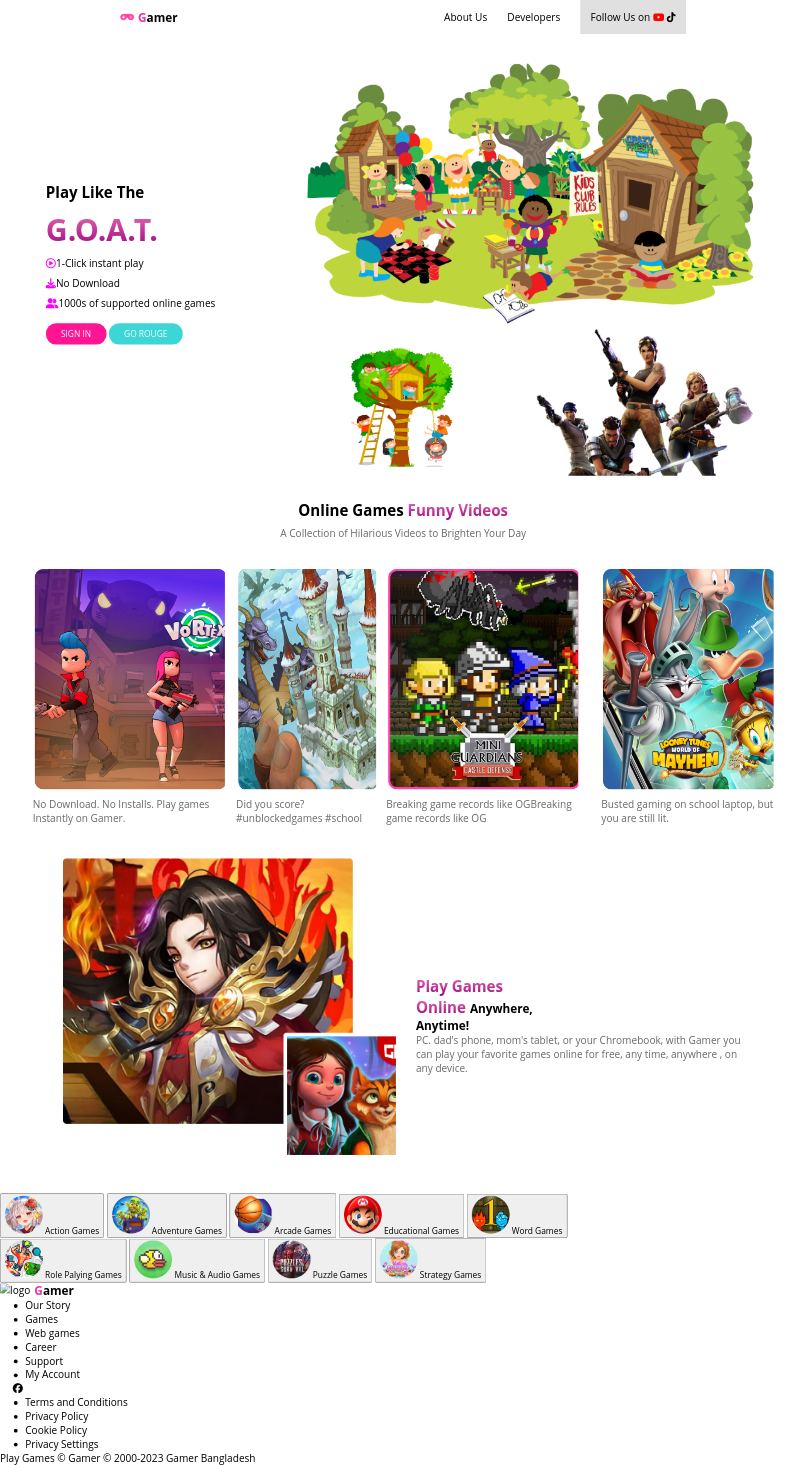
Repository: sadiaafsana138/Gamer-Zone
Page: index.html
The author's editor kept a copy of each file at every save. The page is drawn from the files as they stood at one save, then again after the next save.
The browser window is 1280 px wide. The pictures show the whole page, at 63% of full size.
Some web libraries are served in a nearby version.

Above is the page before, as saved 2023-09-06 19:52:16.

### index.html
<!DOCTYPE html>
<html lang="en">

<head>
    <meta charset="UTF-8">
    <meta name="viewport" content="width=device-width, initial-scale=1.0">
    <title>GAMER ZONE</title>
    <link rel="stylesheet" href="styles.css">
    <script src="https://kit.fontawesome.com/3977f5ac21.js" crossorigin="anonymous"></script>
</head>

<body>
    <header>
        <section Class="Section-1">
            <nav class="nav">
                <div class="menupart1">
                    <img src="images/1.png" alt="logo" height="10px" weight="10px">
                    <h3><span class="pink-Color">G</span>amer</h3>
                </div>
                <div class="menupart2">
                    <ul class="menupart2">
                        <li>About Us</li>
                        <li>Developers</li>
                        <div id="ash">
                            <li>Follow Us on
                                <i class="fa-brands fa-youtube" style="color: #ff0000;"></i>
                                <i class="fa-brands fa-tiktok"></i>
                            </li>
                        </div>
                    </ul>
                </div>
            </nav>
        </section>
    </header>
    <main>
        <section Class="Section-2">
            <Div>
                <h2>
                    Play Like The
                </h2>
                <h1 class="grad">
                    G.O.A.T.
                </h1>
                <Div class="Sec2list">
                    <i class="fa-regular fa-circle-play" style="color: #ff00ff;"></i>
                    <p>
                        1-Click instant play
                    </p>
                </Div>
                <Div class="Sec2list">
                    <i class="fa-sharp fa-solid fa-download" style="color: #ff00ff;"></i>
                    <p>
                        No Download
                    </p>
                </Div>
                <Div class="Sec2list">
                    <i class="fa-solid fa-user-group" style="color: #ff00ff;"></i>
                    <p>
                        1000s of supported online games
                    </p>
                </Div>
                <button class="btn-primary" id="btn-primary1">
                    SIGN IN
                </button>
                <button class="btn-primary" id="btn-primary2">
                    GO ROUGE
                </button>
            </Div>
            <Div id="sec2image">
                <img src="images/2.png" alt="">
            </Div>
        </section>
        <section Class="Section-3">
            <div>
                <h2 class="sec3head">
                    Online Games
                    <span class="grad" id="sec3head">
                        Funny Videos
                    </span>
                </h2>
                <p class="ashtext sec3head">
                    A Collection of Hilarious Videos to Brighten Your Day
                </p>
            </div>
            <div class="sec3image">
                <div>
                    <div class="sec3imagediv">
                        <img class="image" src="images/4.png" alt="">
                        <div class="overlay">
                            <div class="play-button">&#9654;</div>
                            <div class="watch-now-text">Watch Now</div>
                        </div>
                    </div>
                    <p class="ashtext">No Download. No Installs. Play games Instantly on Gamer.</p>
                </div>

                <div>
                    <div class="sec3imagediv">
                        <img class="image" src="images/5.png" alt="">
                        <div class="overlay">
                            <div class="play-button">&#9654;</div>
                            <div class="watch-now-text">Watch Now</div>
                        </div>
                    </div>
                    <p class="ashtext">Did you score? #unblockedgames #school</p>
                </div>
                <div>
                    <div class="sec3imagediv">
                        <img class="image" src="images/6.png" alt="">
                        <div class="overlay">
                            <div class="play-button">&#9654;</div>
                            <div class="watch-now-text">Watch Now</div>
                        </div>

                    </div>
                    <p class="ashtext">Breaking game records like OGBreaking game records like OG</p>
                </div>
                <div>
                    <div class="sec3imagediv">
                        <img class="image" src="images/7.png" alt="">
                        <div class="overlay">
                            <div class="play-button">&#9654;</div>
                            <div class="watch-now-text">Watch Now</div>
                        </div>
                    </div>
                    <p class="ashtext">Busted gaming on school laptop, but you are still lit.</p>
                </div>
            </div>
        </section>
        <section Class="Section-4">
            <Div class="sec4imageddiv">

                <img src="images/8.png" alt="" id="section4image1">
                <img src="images/9.png" alt="" id="section4image2">

            </Div>
            <Div class="sec4Text">
                <h3>
                    <span class="grad" id="sec4head">Play Games
                        <br>
                        Online
                    </span>
                    Anywhere,
                    <br>
                    Anytime!
                </h3>
                <p class="ashtext">
                    PC. dad's phone, mom's tablet, or your Chromebook, with Gamer you can play your favorite games
                    online for free, any time, anywhere , on any device.
                </p>
            </Div>
        </section>
        <section Class="Section-5">
            <div class="sec5-1">
                <button>
                    <img src="images/10.png" alt="">
                    Action Games
                </button>
                <button>
                    <img src="images/11.png" alt="">
                    Adventure Games
                </button>
                <button>
                    <img src="images/12.png" alt="">
                    Arcade Games
                </button>
                <button>
                    <img src="images/13.png" alt="">
                    Educational Games
                </button>
                <button>
                    <img src="images/14.png" alt="">
                    Word Games
                </button>
            </div>
            <div class="sec5-2">
                <button>
                    <img src="images/15.png" alt="">
                    Role Palying Games
                </button>
                <button>
                    <img src="images/16.png" alt="">
                    Music & Audio Games
                </button>
                <button>
                    <img src="images/17.png" alt="">
                    Puzzle Games
                </button>
                <button>
                    <img src="images/18.png" alt="">
                    Strategy Games
                </button>
            </div>
        </section>
    </main>
    <footer>
        <section Class="Section-6">
            <div class="menupart1">
                <img src="" alt="logo">
                <h3><span class="pink-Color">G</span>amer</h3>
            </div>
            <Div>

                <ul>
                    <li>Our Story</li>
                    <li>Games</li>
                    <li>Web games</li>
                    <li>Career</li>
                    <li>Support</li>
                    <li>My Account</li>
                </ul>
            </Div>
            <Div>
                <i class="fa-brands fa-twitter" style="color: #ffffff;"></i>
                <i class="fa-brands fa-facebook"></i>
                <i class="fa-brands fa-youtube" style="color: #ffffff;"></i>
                <i class="fa-brands fa-linkedin-in" style="color: #ffffff;"></i>
                <i class="fa-brands fa-instagram" style="color: #ffffff;"></i>
                <i class="fa-brands fa-apple" style="color: #ffffff;"></i>
            </Div>
            <Div>

                <ul>
                    <li>Terms and Conditions</li>
                    <li>Privacy Policy</li>
                    <li>Cookie Policy</li>
                    <li>Privacy Settings</li>

                </ul>
            </Div>
            <p>Play Games &copy; Gamer &copy; 2000-2023 Gamer Bangladesh</p>

        </section>
    </footer>
</body>

</html>

### styles.css
*{
    font-family: 'Open Sans', sans-serif;
    margin: 0px;
}

.pink-Color{
    color: rgb(235, 55, 166);
}
.ashtext{
    color: dimgray;
}
.grad{
    margin-top:10px;
    font-size: 3rem;
    background: -webkit-linear-gradient(#f071b7, #96027d);
    -webkit-background-clip: text;
    -webkit-text-fill-color: transparent;
}
#ash{
    background-color: rgb(224, 224, 224);
    padding: 1rem;
}
/* Navbar*/
.menupart1,.menupart2,.nav,.Sec2list,.Section-2,.Section-4{
    display: flex;
    place-items: center ;
}
.menupart1,.menupart2{
    place-items: center ;
    margin: auto;
}
.menupart1{
    gap: .4rem;
}
.menupart2{
    list-style-type: none;
    gap: 2rem;
}
/*section - 2*/
.Section-2{
    margin: 20px auto;
    justify-content: space-around;
}
.Sec2list{
    margin-top: 10px;
}
.btn-primary{
    padding: .5rem 1.5rem;
    border-radius: 1rem;
    border: none;
    margin-top: 20px;
    color: #ffffff;
}
#btn-primary1{
    background-color: deeppink;
}
#btn-primary2{
    background-color: rgb(60, 214, 214);
}
/*section - 3*/
.Section-3{
    margin: 2rem;
}
.sec3head{
    text-align: center;
    margin-top: 10px;
}
#sec3head,#sec4head{
    font-size: 1.5rem;
}
.sec3image{
    display: flex;
    justify-content: space-evenly;
    padding: 20px ;
    column-gap: 1rem;

}
.sec3imagediv{
            position: relative;
            display: inline-block;
            overflow: hidden;
}
.sec3imagediv img{

    margin-top: 20px;
    padding-top:2px;
    width: 100%;
    height: 350px
}
.image{
    border: 3px solid transparent;
    transition: transform 0.2s ease-in-out, filter 0.2s ease-in-out;
    border-radius: .5rem;
}
.sec3imagediv:hover .image{
    filter: brightness(50%);
    border: 3px solid rgb(224, 107, 127);
}
.overlay {
    position: absolute;
    top: 45%;
    left: 50%;
    transform: translate(-50%, -50%);
    text-align: center;
    opacity: 0;
    transition: opacity 0.2s ease-in-out;
}
.sec3imagediv:hover .overlay {
    opacity: 1;
}
.play-button {
    font-size: 22px;
    background-color: rgb(255, 255, 255);
    color: rgb(0, 0, 0);
    border-radius: 50%;
    padding: 20px;
    cursor: pointer;
    height: 28px;
    width: 28px;
    margin-left: 20px;
}
.watch-now-text {
    color: white;
    font-weight: bold;
    text-transform: uppercase;
    margin-top: 10px;
}

/*section 4*/
.Section-4{
    justify-content: space-around;
}
.sec4Text{
    padding-left:200px;
    padding-right: 100px;
}
.sec4imageddiv{
    position: relative;
    top: 0;
    left: 0;
}
#section4image1{
    padding-left: 100px;
    height: auto;
    width: 100%;
    position: relative;
    top: 0;
    left: 0;
}
#section4image2{
    position: relative;
    top: -150px;
    left: 450px;
    height: 200px;
    width:40%;
    margin-bottom: -100px;
}
/* Responsive */
/*Tab*/
@media screen and (min-width: 768px) and (max-width: 992px) {
    .nav,.menupart2{
        flex-direction: column;
    }
    .Section-2,.Section-4{
        flex-direction: column-reverse;
    }
    #sec2image img{
        max-width: 100%;
        height: auto;
    }
    .sec3imagediv img{
        margin-top: 20px;
        padding-top:2px;
        gap: 1rem;
    }
    .sec4Text,#section4image1{
        padding: 1rem;
    }
    .sec4Text{
        text-align: center;
    }
    .sec4imageddiv,#section4image1{
        width:100%;
    }
    #section4image2{
        width: 50%;
        height: 40%;
    }

}
/*MOBILE*/
@media screen and (max-width: 768px) {
    .nav,.menupart2{
        flex-direction: column;
    }
    .Section-2,.Section-4{
        flex-direction: column-reverse;
    }
    #sec2image img{
        max-width: 100%;
        height: auto;
    }
    .sec3image{
        flex-direction: column;
    }
    .sec3imagediv img{
        padding-top:2px;
        gap: .5rem;
        height: 95%;
    }
    .sec4Text,#section4image1{
        padding: 1rem;
    }
    .sec4Text{
        text-align: center;
    }
    .sec4imageddiv,#section4image1{
        width:100%;
    }
    #section4image2{
        width: 50%;
        height: 40%;
    }
}

After the next save:
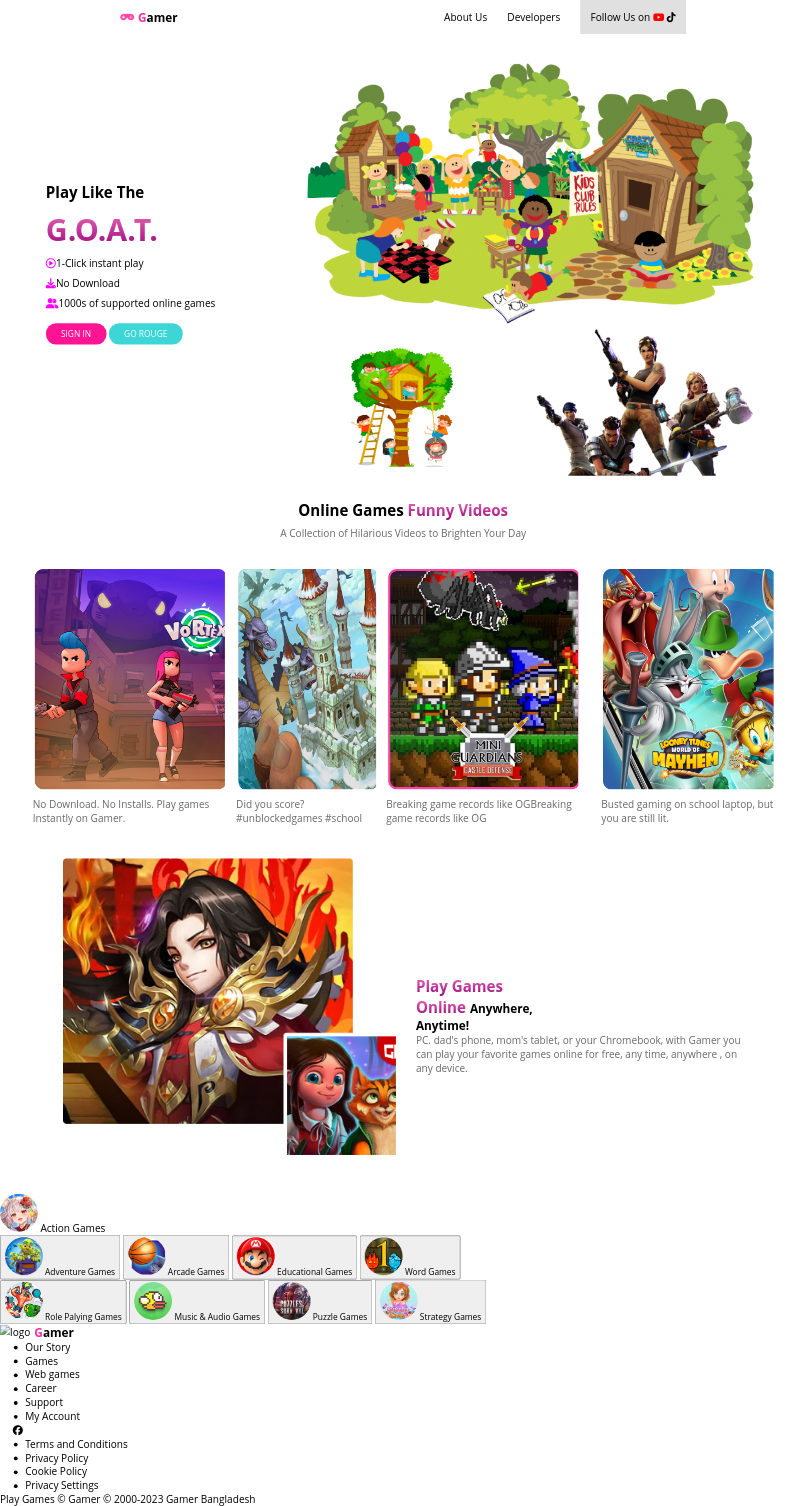
Saved 3 min 10 s later.
--- a/index.html
+++ b/index.html
@@ -152,9 +152,19 @@
         </section>
         <section Class="Section-5">
             <div class="sec5-1">
-                <button>
+                <div>
                     <img src="images/10.png" alt="">
                     Action Games
+                </div>
+                <div></div>
+                <div></div>
+                <div></div>
+                <div></div>
+                <div></div>
+                <div></div>
+                <div></div>
+                <div></div>
+
                 </button>
                 <button>
                     <img src="images/11.png" alt="">
